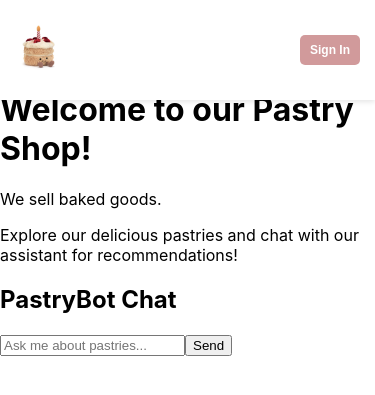
Repository: agrnerd17/Website-Chatbot
Page: / (app in pastry-chatbot/)
These files come from the project's save history. The page is drawn as it stood at one moment and after the next save; the edit follows.
The browser window is 375 px wide. The pictures show the whole page.
The project was rebuilt for these pictures with package versions that can differ from the ones it lists, and the page was loaded fresh each time. Also part of the build but not shown: pastry-chatbot/src/styles/Chatbot.css.

Above is the page before, as saved 2024-12-08 14:34:03.

After the next save:
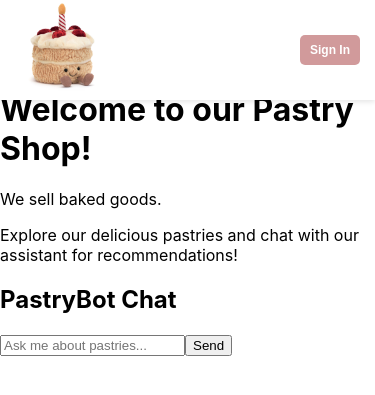
Saved 3 min 19 s later.
--- a/pastry-chatbot/src/styles/Navbar.css
+++ b/pastry-chatbot/src/styles/Navbar.css
@@ -1,10 +1,9 @@
-/* Navbar container */
 .navbar {
-    min-height: 100px; /* Allow flexibility for taller logos */
+    height: 100px;
     display: flex;
     justify-content: space-between;
     align-items: center;
-    padding: 10px 20px;
+    padding: 0px 20px;
     background-color: #ffffff;
     box-shadow: 0 2px 5px rgba(0, 0, 0, 0.1);
     position: fixed;
@@ -13,45 +12,43 @@
     z-index: 1000;
     box-sizing: border-box;
     overflow: hidden;
-}
+  }
 
-/* Logo styling */
-.navbar-logo img {
+  /* Logo styling */
+  .navbar-logo img {
     height: 80px;
     width: auto;
-    max-height: 100%; /* Prevent the logo from exceeding the navbar height */
-    object-fit: contain; /* Ensure the logo scales correctly */
-}
+  }
 
-/* Menu styling */
-.navbar-menu {
+  /* Menu styling */
+  .navbar-menu {
     display: flex;
     gap: 30px;
     list-style: none;
     margin: 0;
     padding: 0;
-}
+  }
 
-.navbar-menu li {
+  .navbar-menu li {
     font-size: 16px;
     font-weight: 600;
     color: #333333;
     cursor: pointer;
     transition: color 0.3s;
-}
+  }
 
-.navbar-menu li:hover {
+  .navbar-menu li:hover {
     color: #d19a9b; /* Light pink color */
-}
+  }
 
-/* Right action (e.g., button or icon) */
-.navbar-right {
+  /* Right action (e.g., button or icon) */
+  .navbar-right {
     display: flex;
     align-items: center;
     gap: 20px;
-}
+  }
 
-.navbar-button {
+  .navbar-button {
     background-color: #d19a9b; /* Light pink color */
     color: #ffffff;
     border: none;
@@ -62,36 +59,36 @@
     cursor: pointer;
     transition: background-color 0.3s;
     white-space: nowrap; /* Prevent text wrap */
-}
+  }
 
-.navbar-button:hover {
+  .navbar-button:hover {
     background-color: #c08888; /* Slightly darker pink */
-}
+  }
 
-/* Media query for responsiveness */
-@media (max-width: 768px) {
+  /* Media query for responsiveness */
+  @media (max-width: 768px) {
     .navbar-menu {
-        display: none; /* Hide menu on smaller screens */
+      display: none; /* Hide menu on smaller screens */
     }
 
     .navbar-right {
-        gap: 10px;
+      gap: 10px;
     }
 
     .navbar {
-        padding: 10px 15px; /* Reduce padding on smaller screens */
+      padding: 10px 15px; /* Reduce padding on smaller screens */
     }
-}
+  }
 
-@media (max-width: 480px) {
+  @media (max-width: 480px) {
     .navbar-button {
-        font-size: 12px;
-        padding: 8px 10px; /* Smaller button for small screens */
+      font-size: 12px;
+      padding: 8px 10px; /* Smaller button for small screens */
     }
 
     .navbar-logo img {
-        height: 50px; /* Resize logo */
-        max-height: 50px;
-        object-fit: contain; /* Scale the image */
+      height: 100px; /* Resize logo */
+      width: auto;
+      max-height: 150px;
     }
-}
+  }
